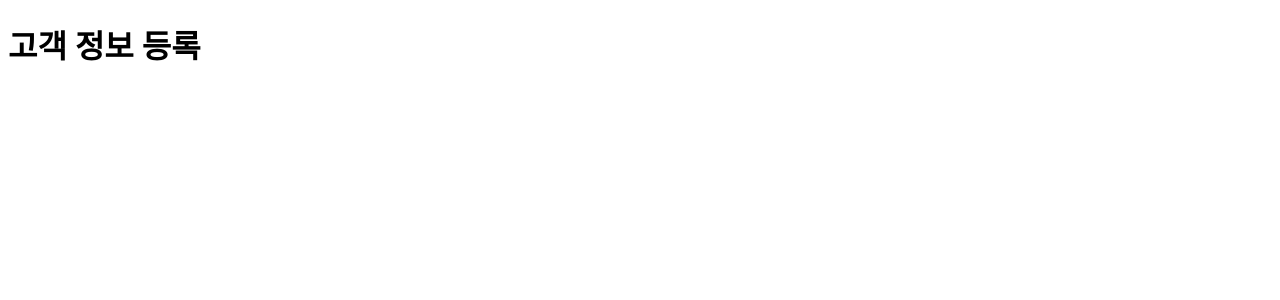
Repository: yjh052216/modapea
Page: http://localhost/customerTest-001/CustomerInsert.jsp
The author's editor kept a copy of each file at every save. The page is drawn from the files as they stood at one save, then again after the next save.
The browser window is 1280 px wide. The pictures show the whole page.
The page is served by Tomcat 9. Other server files are loaded and not shown.

Above is the page before, as saved 2019-11-27 12:09:39.

### customerTest-001/src/main/webapp/CustomerInsert.jsp
<%@ page language="java" contentType="text/html; charset=EUC-KR"
    pageEncoding="EUC-KR"%>
<!DOCTYPE html PUBLIC "-//W3C//DTD HTML 4.01 Transitional//EN" "http://www.w3.org/TR/html4/loose.dtd">
<html>
<head>
<meta http-equiv="Content-Type" content="text/html; charset=EUC-KR">
<title>Insert title here</title>
</head>
<body>
<h1>고객 정보 등록</h1>

<form action="insertCustomer.do" method="post"></form>

</body>
</html>

After the next save:
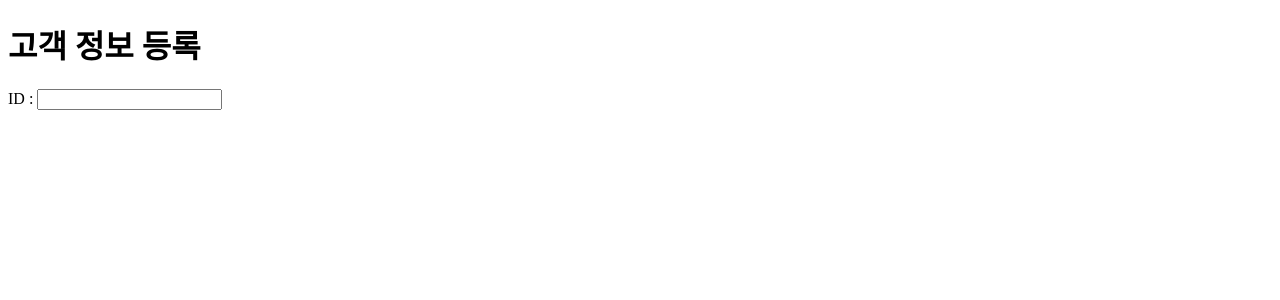
Saved 21 s later.
--- a/customerTest-001/src/main/webapp/CustomerInsert.jsp
+++ b/customerTest-001/src/main/webapp/CustomerInsert.jsp
@@ -9,7 +9,12 @@
 <body>
 <h1>고객 정보 등록</h1>
 
-<form action="insertCustomer.do" method="post"></form>
+<form action="insertCustomer.do" method="post">
+
+ID : <input type="text" name="id">
+
+
+</form>
 
 </body>
 </html>
